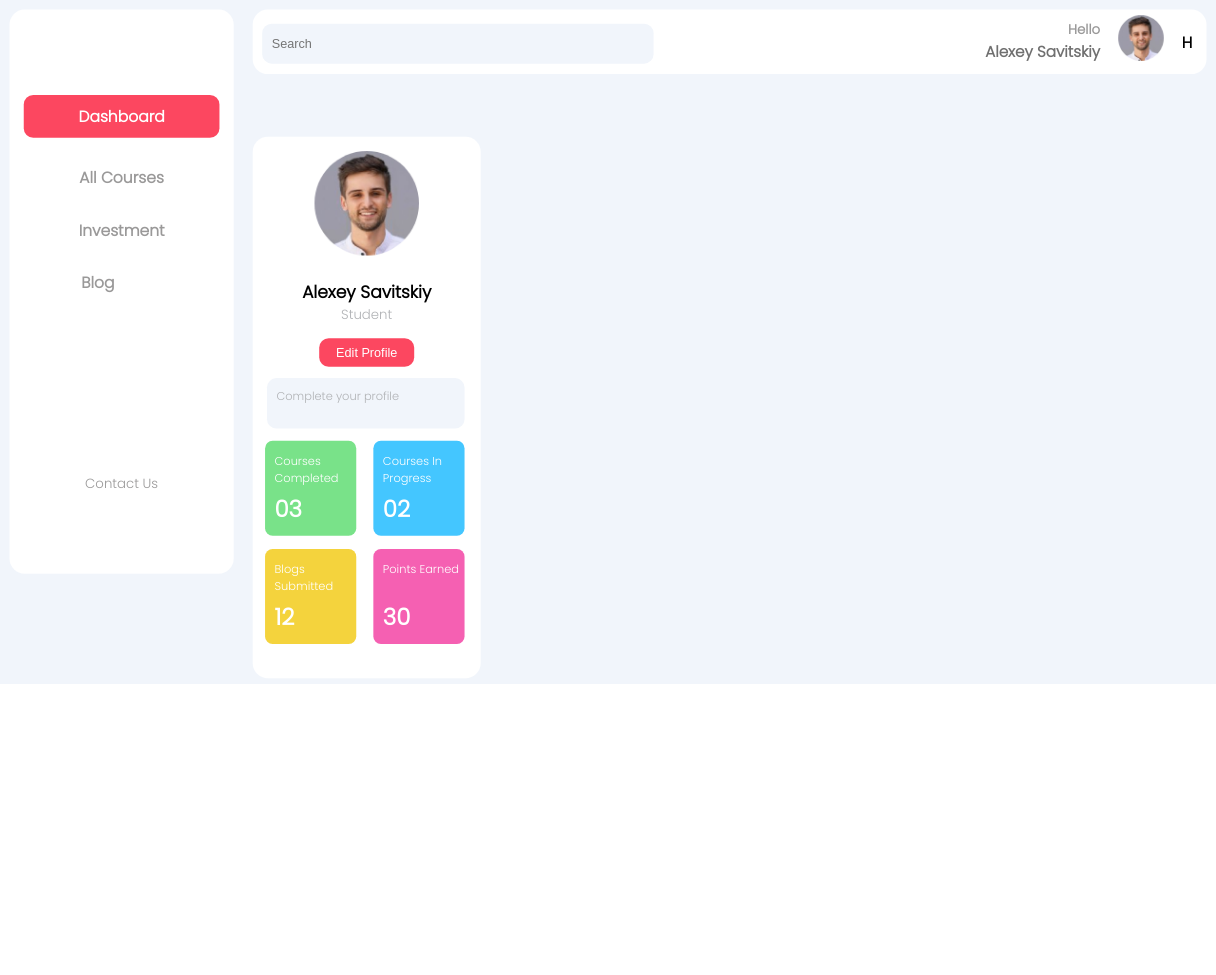
Repository: Anuruddha00/dashboard-design
Page: /
An editor plug-in stored every save of this project. The page is shown before and after the next save, followed by the edit.
The browser window is 1280 px wide. The pictures show the whole page, at 95% of full size.
The project was rebuilt for these pictures with package versions that can differ from the ones it lists, and the page was loaded fresh each time.

Above is the page before, as saved 2021-05-07 14:45:39.

After the next save:
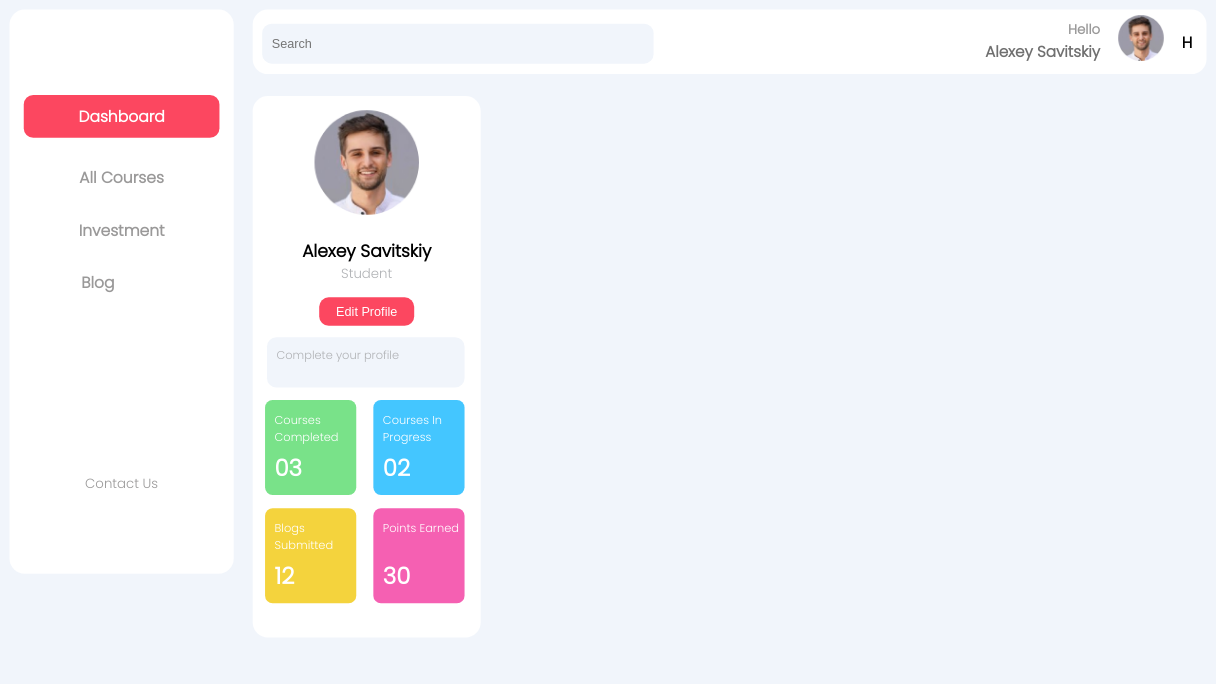
Saved 5 s later.
--- a/src/containers/Dashboard/Dashboard.scss
+++ b/src/containers/Dashboard/Dashboard.scss
@@ -125,7 +125,7 @@ body{
                 &Body{
                     display: grid;
                     grid-template-columns: 2fr 4fr 3fr;
-                    padding-bottom: 30%;
+
 
                     .details{
                         border-radius: 16px;
